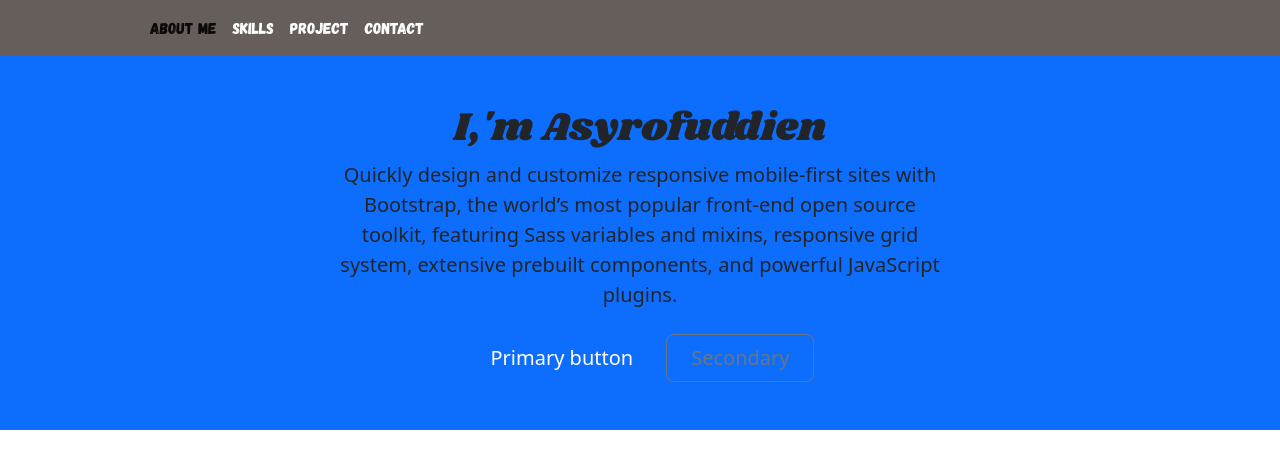
Repository: zetta-muhammad-asyrofuddien/Html-Css-ZettaCAmp
Page: Day1/Portofolio/index.html
An editor plug-in stored every save of this project. The page is shown before and after the next save, followed by the edit.
The browser window is 1280 px wide. The pictures show the whole page.

Above is the page before, as saved 2023-07-05 03:04:25.

After the next save:
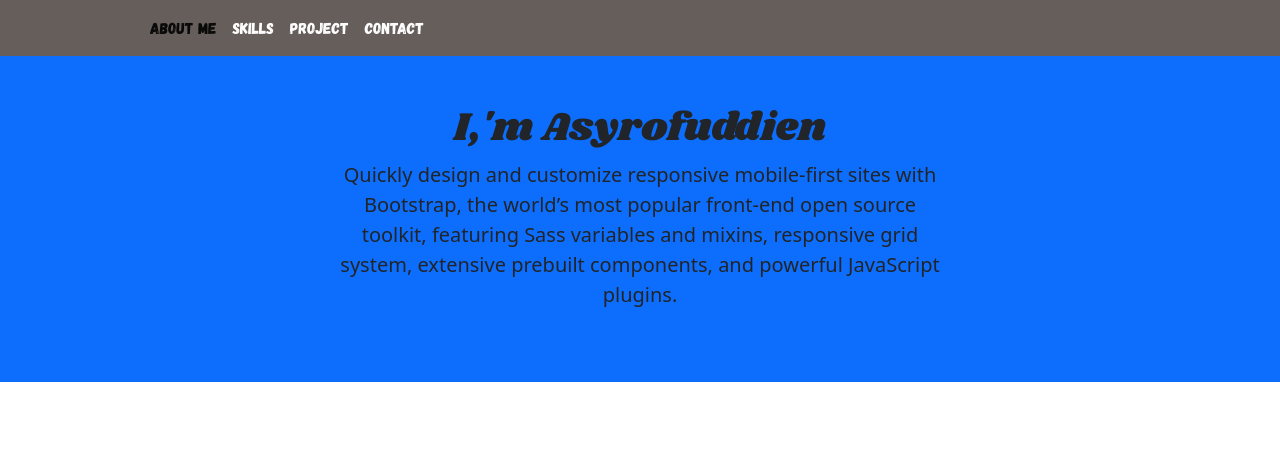
Saved 8 s later.
--- a/Day1/Portofolio/index.html
+++ b/Day1/Portofolio/index.html
@@ -45,10 +45,6 @@
             Quickly design and customize responsive mobile-first sites with Bootstrap, the world’s most popular front-end open source toolkit, featuring Sass variables and mixins, responsive grid system, extensive prebuilt components, and
             powerful JavaScript plugins.
           </p>
-          <div class="d-grid gap-2 d-sm-flex justify-content-sm-center">
-            <button type="button" class="btn btn-primary btn-lg px-4 gap-3">Primary button</button>
-            <button type="button" class="btn btn-outline-secondary btn-lg px-4">Secondary</button>
-          </div>
         </div>
       </div>
     </section>
